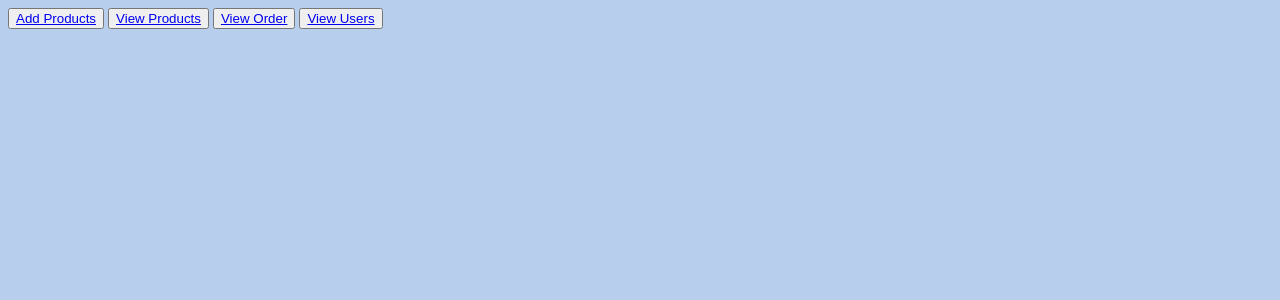
Repository: abhishekgandhi2398/BookStore
Page: http://localhost/BookStore/2.jsp
An editor plug-in stored every save of this project. The page is shown before and after the next save, followed by the edit.
The browser window is 1280 px wide. The pictures show the whole page.
The page is served by Tomcat 9.

Above is the page before, as saved 2019-12-06 15:48:35.

After the next save:
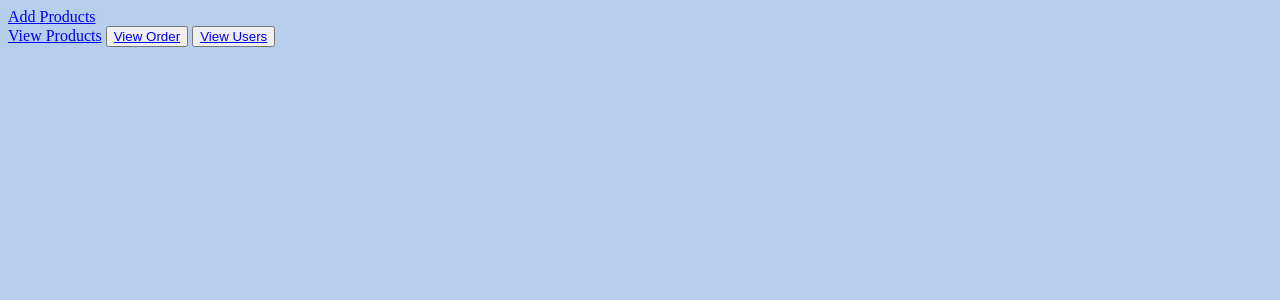
Saved 30 s later.
--- a/ProjectJava/BookStore/WebContent/2.jsp
+++ b/ProjectJava/BookStore/WebContent/2.jsp
@@ -16,11 +16,10 @@
 
 
 
+<a href="add_product.jsp">Add Products</a>
+<br>
 
-<button class="btn btn-dark"><a href="add_product.jsp">Add Products</a></button>
-
-
-<button class="btn btn-dark"><a href="admin_view_product.jsp">View Products</a></button>
+<a href="admin_view_product.jsp">View Products</a></button>
 
 
 <button class="btn btn-dark"><a href="vieworderadmin.jsp">View Order</a></button>
